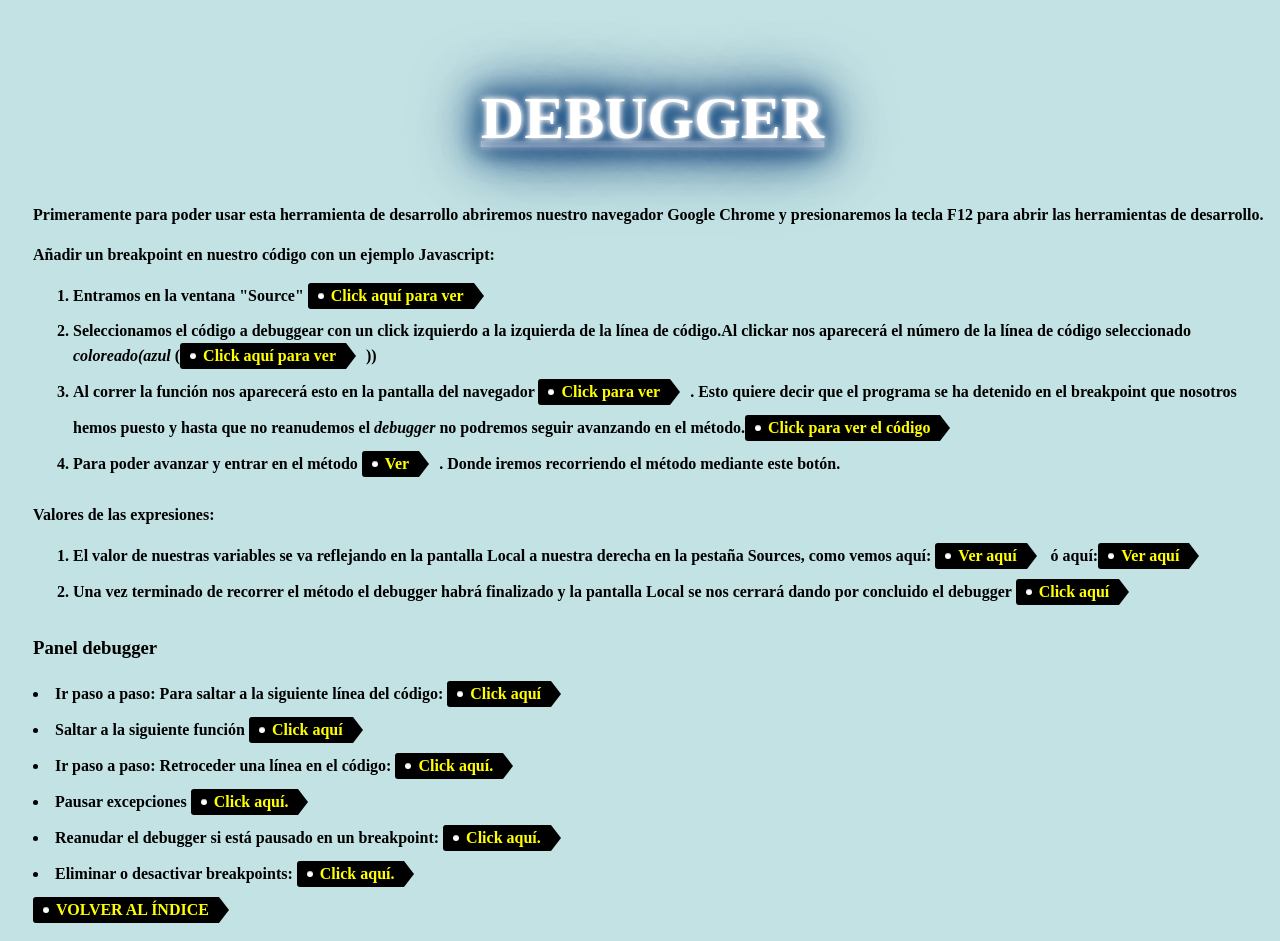
Repository: VictorinoBF97/HerramientasDesarollo
Page: debugger.html
An editor plug-in stored every save of this project. The page is shown before and after a run of saves, followed by the edit.
The browser window is 1280 px wide. The pictures show the whole page.

Above is the page before, as saved 2018-11-27 07:08:06.
Not found: main.js

### debugger.html
<!DOCTYPE html>
<html>
<head>
    <meta charset="utf-8" />
    <meta http-equiv="X-UA-Compatible" content="IE=edge">
    <title>HERRAMIENTA DEBUGGER</title>
    <meta name="viewport" content="width=device-width, initial-scale=1">
    <link rel="stylesheet" type="text/css" media="screen" href="./css/styles.css" />
    <script src="main.js"></script>
</head>
<body>
    <h1><u>DEBUGGER</u></h1>
    <p>
        Primeramente para poder usar esta herramienta de desarrollo abriremos nuestro
        navegador Google Chrome y presionaremos la tecla <b>F12</b> para abrir las
        herramientas de desarrollo.
    </p>
    <div>
        <p>Añadir un breakpoint en nuestro código con un ejemplo Javascript:</p>
    </div>
    <ol>
        <li>Entramos en la ventana <b>"Source"</b>
             <a href="./images/source.PNG" target="_blank">Click aquí para ver</a>
        </li>
        <li>Seleccionamos el código a debuggear con un click izquierdo a la
            izquierda de la línea de código.Al clickar nos aparecerá el número
            de la línea de código seleccionado <i>coloreado(<b>azul</b></i>
            (<a href="./images/breakpoint.PNG" target="_blank">Click aquí para ver</a>))
        </li>
        <li>Al correr la función nos aparecerá esto en la pantalla del navegador
             <a href="./images/debug.PNG" target="_blank">Click para ver</a>.
            Esto quiere decir que el programa se ha detenido en el <b>breakpoint</b>
            que nosotros hemos puesto y hasta que no reanudemos el <em>debugger</em>
            no podremos seguir avanzando en el método.<a href="./images/dbug.PNG" target="_blank">Click para ver el código</a>
        </li>
        <li>Para poder avanzar y entrar en el método <a href="./images/next.PNG"
        target="_blank">Ver</a>. Donde iremos recorriendo el método mediante este botón.</li>
    </ol>

    <div>Valores de las expresiones:

    </div>
    <ol>
        <li>
            El valor de nuestras variables se va reflejando en la pantalla <strong>Local</strong> a nuestra derecha en la pestaña Sources, como vemos aquí: <a href="./images/variables.PNG" target="_blank">
            Ver aquí</a> ó aquí:<a href="./images/variables2.PNG" target="_blank">Ver aquí</a>
        </li>

        <li>
            Una vez terminado de recorrer el método el debugger habrá finalizado y la pantalla Local se nos cerrará dando por concluido el debugger <a href="./images/fin.png" target="_blank">Click aquí</a>
        </li>
    </ol>

    <h3>Panel debugger</h3>

    <li> Ir paso a paso: Para saltar a la siguiente línea del código: <a href="./images/nextstep.PNG" target="_blank">Click aquí</a>

        <li>
            Saltar a la siguiente función <a href="./images/saltar.PNG"
            target="_blank">Click aquí</a>
        </li>

        <li>Ir paso a paso: Retroceder una línea en el código: <a href="./images/beforestep.PNG"
        target="_blank">Click aquí.</a></li>

        <li>Pausar excepciones <a href="./images/pausa.PNG"
            target="_blank">Click aquí.</a></li>

        <li>Reanudar el debugger si está pausado en un breakpoint: <a href="./images/reanudard.PNG"
        target="_blank">Click aquí.</a></li>

        <li>Eliminar o desactivar breakpoints: <a href="./images/find.PNG"
            target="_blank">Click aquí.</a></li>



</body>
<footer>
    <a href="indice.html" target="_self" class="volver">VOLVER AL ÍNDICE</a>
</footer>
</html>

### css/styles.css
html{
    background-color: rgb(194, 226, 228);
}

.titulo{
    text-shadow: 0px 0px 5px rgb(152, 153, 147);
    border: 10px ridge #1E90FF;
    width: 75%;

}

h1{
    font-size: 60px;
font-family: 'Futura';
color: #fff;
text-shadow: 0 0 5px #fff, 0 0 10px #fff, 0 0 20px rgb(3, 58, 117), 0 0 30px rgb(3, 58, 117), 0 0 40px rgb(3, 58, 117), 0 0 55px rgb(3, 58, 117), 0 0 75px rgb(3, 58, 117);
text-align: center;
}
body{
    font: 16px/1.5 'PT Sans', serif;
    font-weight: bold;
    overflow: hidden;
    padding-left: 25px;
    padding-top: 25px;
}

.indice{
    font-size: 125%;

}
a{
    background: rgb(0, 0, 0);
  border-radius: 3px 0 0 3px;
  color: yellow;
  display: inline-block;
  height: 26px;
  line-height: 26px;
  padding: 0 20px 0 23px;
  position: relative;
  margin: 0 10px 10px 0;
  text-decoration: none;
  -webkit-transition: color 0.2s;
}
a::before {
    background: #fff;
    border-radius: 10px;
    box-shadow: inset 0 1px rgba(0, 0, 0, 0.25);
    content: '';
    height: 6px;
    left: 10px;
    position: absolute;
    width: 6px;
    top: 10px;
  }

  a::after {
    background: rgb(194, 226, 228);
    border-bottom: 13px solid transparent;
    border-left: 10px solid black;
    border-top: 13px solid transparent;
    content: '';
    position: absolute;
    right: 0;
    top: 0;
  }

  a:hover {
    background-color: crimson;
    color: white;
  }

  a:hover::after {
     border-left-color: crimson;
  }

  /* VOLVER AL ÍNDICE */
  .volver::after{
    background:rgb(194, 226, 228);
    border-bottom: 13px solid transparent;
    border-left: 10px solid black;
    border-top: 13px solid transparent;
    content: '';
    position: absolute;
    right: 0;
    top: 0;

  }

  .volver:hover {
    background-color: crimson;
    color: white;
  }

  .volver:hover::after {
     border-right-color: crimson;
  }

After the next 2 saves:
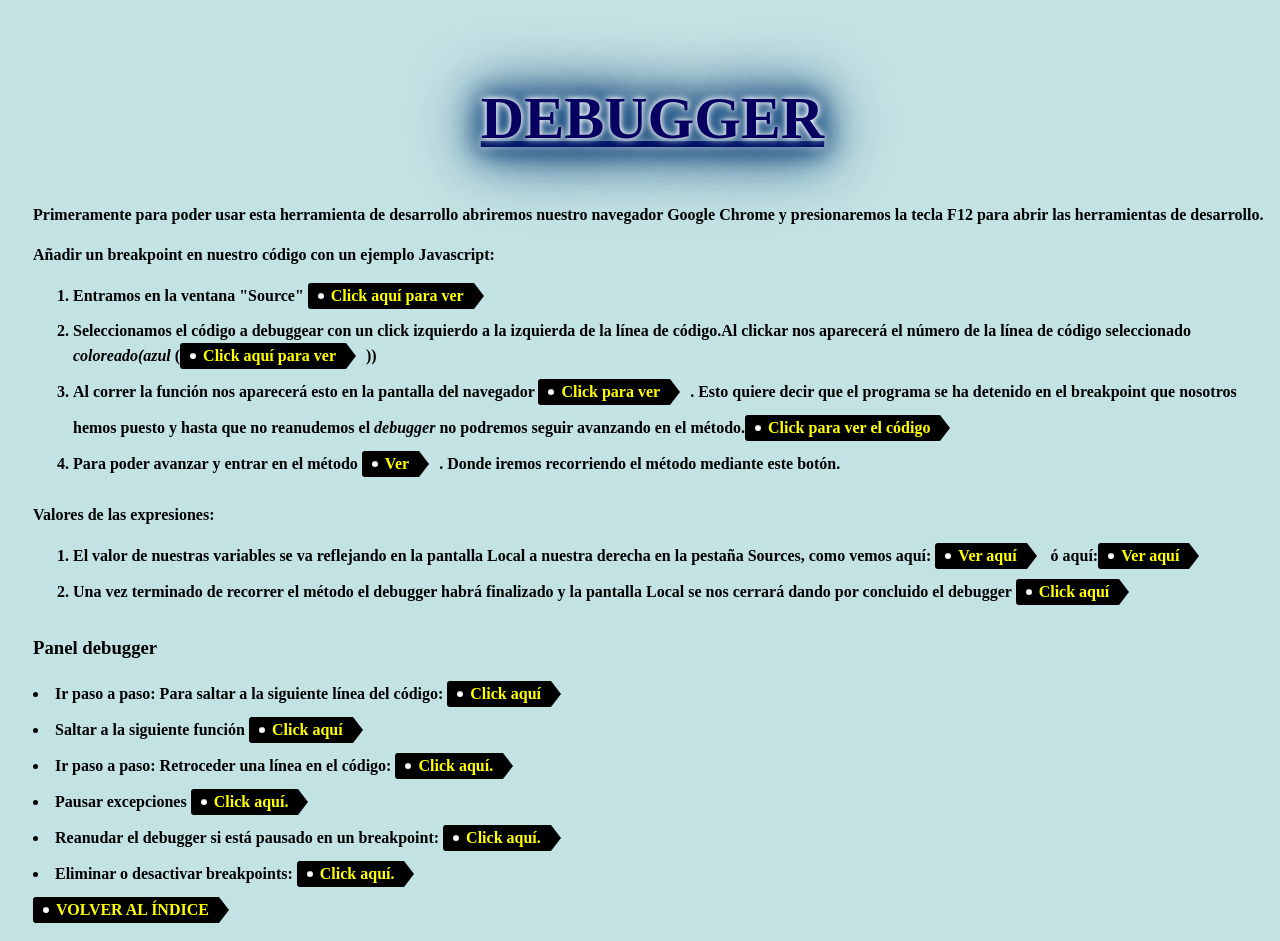
The 2 saves are shown as one change because they came seconds apart.
The last was saved 9 min 29 s later.
--- a/css/styles.css
+++ b/css/styles.css
@@ -12,7 +12,7 @@ html{
 h1{
     font-size: 60px;
 font-family: 'Futura';
-color: #fff;
+color: rgb(7, 0, 97);
 text-shadow: 0 0 5px #fff, 0 0 10px #fff, 0 0 20px rgb(3, 58, 117), 0 0 30px rgb(3, 58, 117), 0 0 40px rgb(3, 58, 117), 0 0 55px rgb(3, 58, 117), 0 0 75px rgb(3, 58, 117);
 text-align: center;
 }
